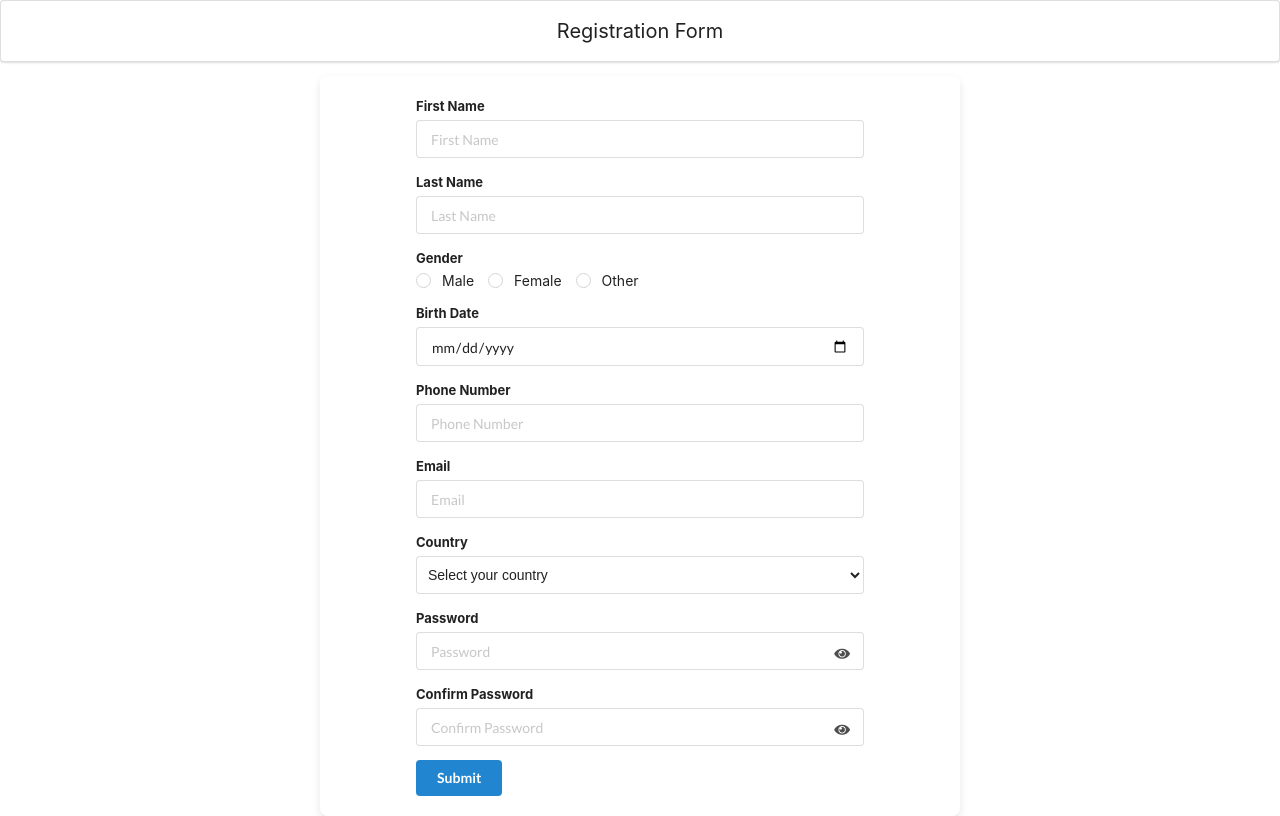
Repository: Wahid137/registration-form
Page: /
The author's editor kept a copy of each file at every save. The page is drawn from the files as they stood at one save, then again after the next save.
The browser window is 1280 px wide. The pictures show the whole page.
The project was rebuilt for these pictures with package versions that can differ from the ones it lists, and the page was loaded fresh each time.

Above is the page before, as saved 2024-05-01 16:46:38.

After the next save:
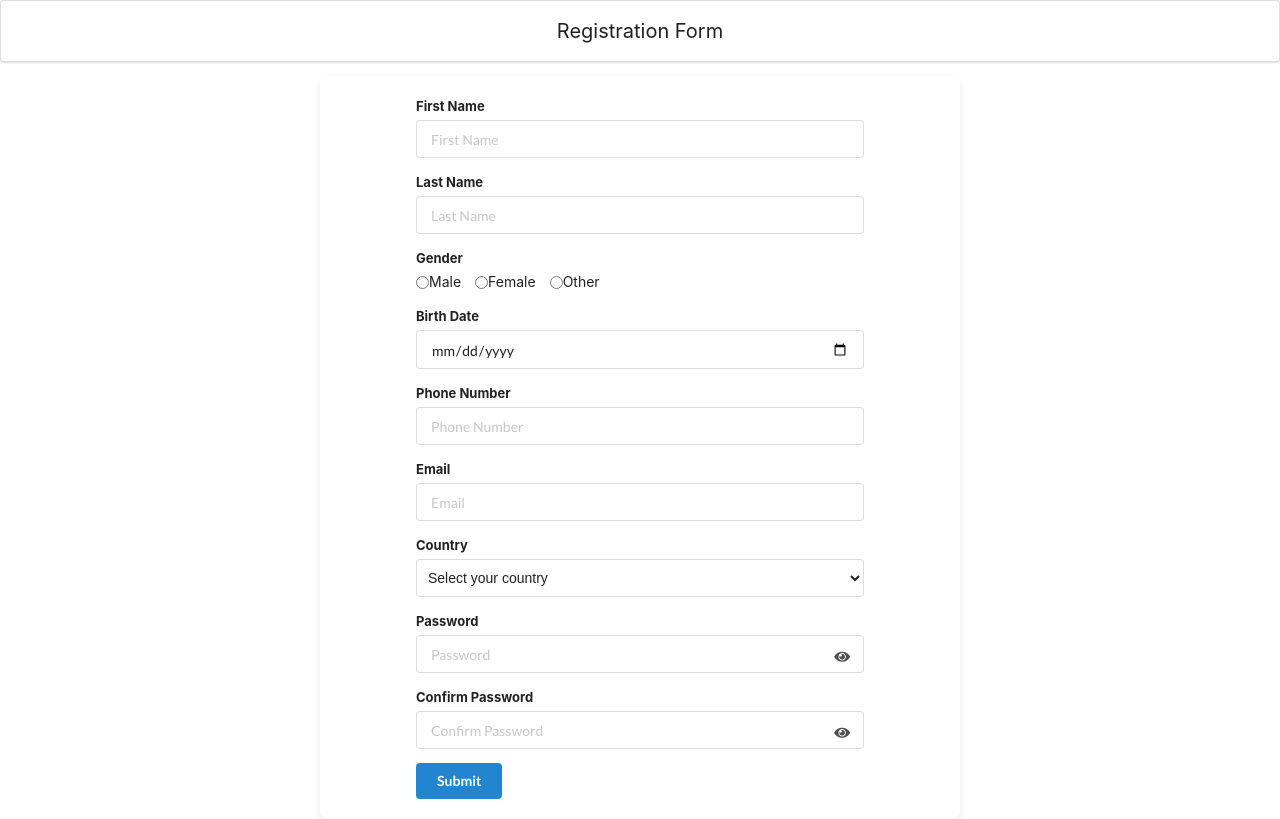
Saved 59 s later.
--- a/src/components/Register.js
+++ b/src/components/Register.js
@@ -1,7 +1,7 @@
 import Joi from "joi";
 import React, { useState } from "react";
 import { useForm } from "react-hook-form";
-import { Button, Container, Form, FormField, Icon, Radio } from "semantic-ui-react";
+import { Button, Container, Form, FormField, Icon } from "semantic-ui-react";
 import { minBirthDate } from "../utils/Moment";
 import { nameRegex, passwordRegex, phoneRegex } from "../utils/RegExp";
 import { countryOptions } from "../utils/country";
@@ -146,28 +146,16 @@ const Register = () => {
                         <label>Gender</label>
                         <div className="gender-field">
                             <div className="gender-option">
-                                <Radio
-                                    id="male"
-                                    label="Male"
-                                    {...register("gender")}
-                                    value="male"
-                                />
+                                <input type="radio" id="male" {...register("gender")} value="male" />
+                                <label htmlFor="male">Male</label>
                             </div>
                             <div className="gender-option">
-                                <Radio
-                                    id="female"
-                                    label="Female"
-                                    {...register("gender")}
-                                    value="female"
-                                />
+                                <input type="radio" id="female" {...register("gender")} value="female" />
+                                <label htmlFor="female">Female</label>
                             </div>
                             <div className="gender-option">
-                                <Radio
-                                    id="other"
-                                    label="Other"
-                                    {...register("gender")}
-                                    value="other"
-                                />
+                                <input type="radio" id="other" {...register("gender")} value="other" />
+                                <label htmlFor="other">Other</label>
                             </div>
                         </div>
                         {formErrors.gender && (
